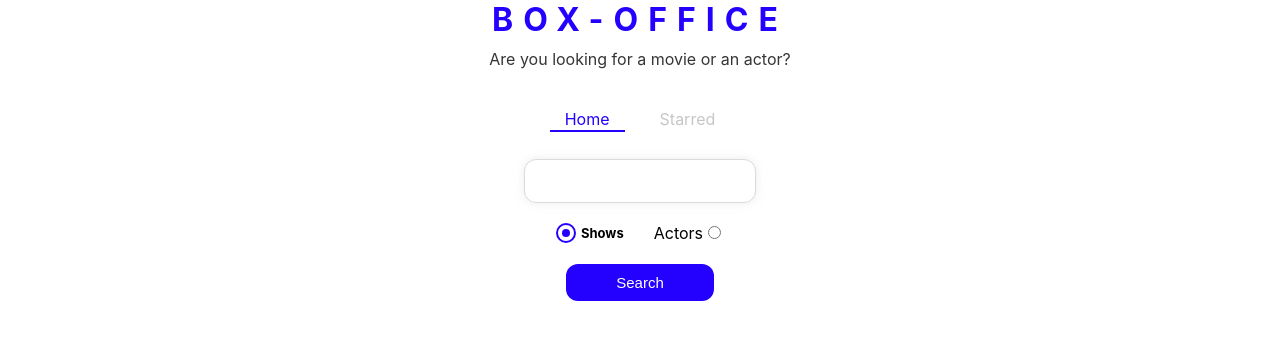
Repository: AishwaryaPandey987/Box-office-app
Page: /
The author's editor kept a copy of each file at every save. The page is drawn from the files as they stood at one save, then again after the next save.
The browser window is 1280 px wide. The pictures show the whole page.
The project was rebuilt for these pictures with package versions that can differ from the ones it lists, and the page was loaded fresh each time. A package was used in the major version that the imports need, not the one package.json lists. Also part of the build but not shown: src/components/actor/ActorCard.js, src/components/styled.js, src/components/actor/ActorGrid.js, src/components/show/ShowCard.js, src/components/show/ShowGrid.js, src/components/show/Cast.styled.js, src/components/show/Cast.js, src/components/show/Details.sty;ed.js and 8 more.

Above is the page before, as saved 2022-02-20 18:48:45.

After the next save:
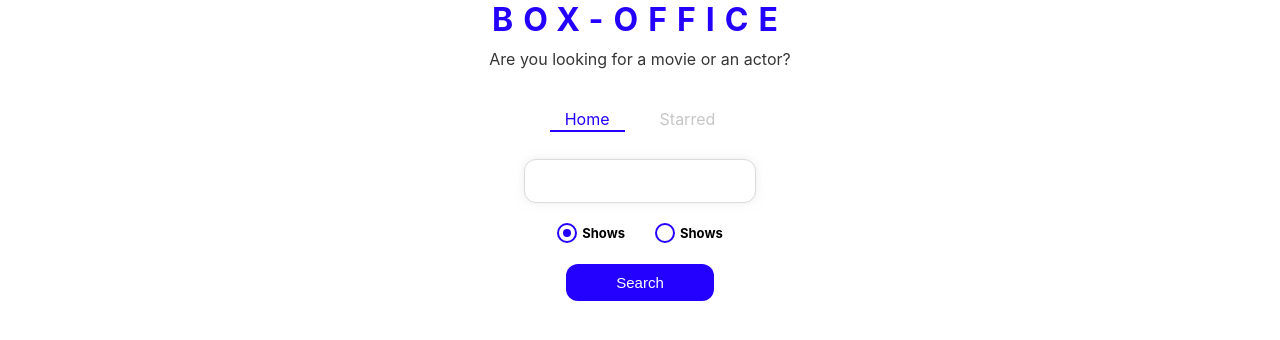
Saved 2 min 18 s later.
--- a/src/pages/Home.js
+++ b/src/pages/Home.js
@@ -83,16 +83,16 @@ const Home = () => {
 
            <div>
 
-        <label htmlFor="actors-search">
-          Actors
-          <input
-            id="actors-search"
+
+        <CustomRadio
+         label = "Actors"
+         id="actors-search"
             type="radio"
             value="people"
             checked={!isShowsSearch}
             onChange={onRadioChange}
-            />
-        </label>
+         />
+
           </div>
       </RadioInputsWrapper>
       <SearchButtonWrapper>
